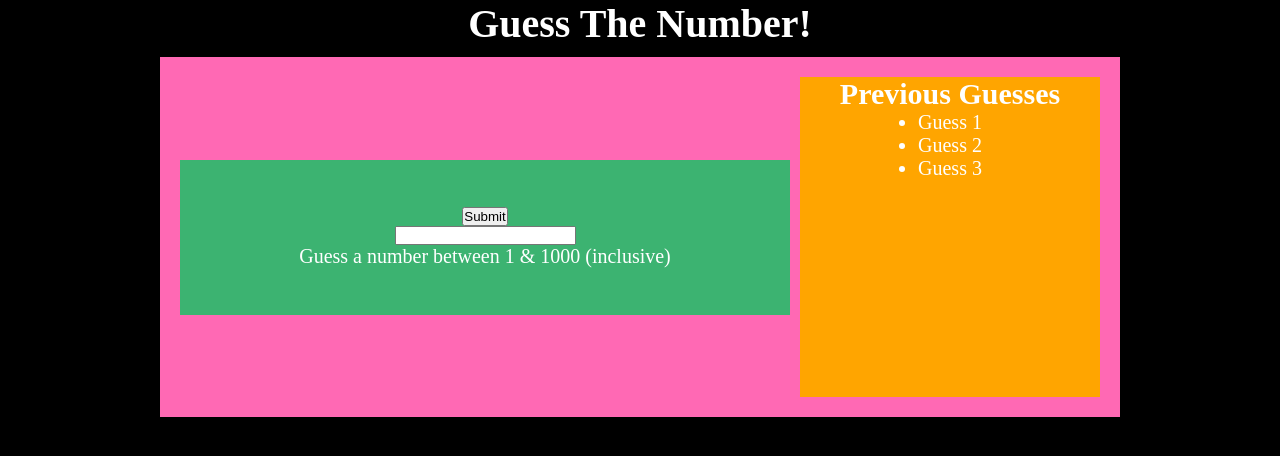
Repository: mlmEFSC21/P14-Guessing-Game
Page: guess.html
These files come from the project's save history. The page is drawn as it stood at one moment and after the next save; the edit follows.
The browser window is 1280 px wide. The pictures show the whole page.

Above is the page before, as saved 2022-03-17 13:04:29.

### guess.html
<!DOCTYPE html>
<html lang="en">
    <head>
        <meta charset="UTF-8" />
        <meta http-equiv="X-UA-Compatible" content="IE=edge" />
        <meta name="viewport" content="width=device-width, initial-scale=1.0" />
        <link rel="stylesheet" href="guess.css" />
        <script src="guess.js" defer></script>
        <title>Guessing Game</title>
    </head>
    <body>
        <header>
            <h1 class="pageTitle">Guess The Number!</h1>
        </header>
        <section>
            <div class="gameContainer" id="container">
                <div class="results" id="results">
                    <label for="guessInput">Guess a number between 1 & 1000 (inclusive)</label>
                    <input type="text" name="guessInput" id="guessInput" />
                    <input type="button" id="submitBtn" value="Submit" />
                </div>
                <div class="trackGuesses" id="guessContainer">
                    <h2>Previous Guesses</h2>
                    <ul class="guesses" id="guessList">
                        <li>Guess 1</li>
                        <li>Guess 2</li>
                        <li>Guess 3</li>
                    </ul>
                </div>
            </div>
        </section>
    </body>
</html>

### guess.css
*,
*::after,
*::before {
    box-sizing: border-box;
    margin: 0;
    padding: 0;
}
body {
    background-color: black;
    color: white;
    font-size: 1.25rem;
}
.pageTitle {
    text-align: center;
}
.gameContainer {
    background-color: hotpink;
    display: grid;
    max-width: 960px;
    height: 50vh;
    margin: 10px auto;
    padding: 20px;
    grid-template-columns: repeat(3, 1fr);
    grid-template-rows: repeat(4, 1fr);
    grid-auto-rows: minmax(200px, auto);
    gap: 10px;
    align-items: start;
    justify-content: center;
}
.results {
    background-color: mediumseagreen;
    display: flex;
    flex-direction: column-reverse;
    grid-column: 1/3;
    grid-row: 2 / 4;
    height: 100%;
    justify-content: center;
    align-items: center;
}
.trackGuesses {
    background-color: orange;
    display: flex;
    flex-direction: column;
    height: 100%;
    grid-row: 1 / 5;
    align-items: center;
}

### guess.js
let randomNumber = Math.floor(Math.random() * 10 + 1);
let guesses = [];
const guessInput = document.getElementById("guessInput");
const resultsDiv = document.getElementById("results");
const submitButton = document.getElementById("submitBtn");
const p = document.createElement("p");

function checkGuess() {
    const currentGuess = Number(guessInput.value);
    if (currentGuess == randomNumber) {
        p.innerText = "Congratulations! You guessed the number!";
        resultsDiv.append(p);
    }
    if (currentGuess < randomNumber) {
        guesses.push(currentGuess);
        p.innerText = "Too low. Try again!";
        resultsDiv.append(p);
    }
    if (currentGuess > randomNumber) {
        guesses.push(currentGuess);
        p.innerText = "Too high. Try again!";
        resultsDiv.append(p);
    }
}

submitButton.addEventListener("click", checkGuess);
//logging random number for debugging. DELETE LATER
console.log(randomNumber);
console.log(guesses);
// console.log(currentGuess);

After the next save:
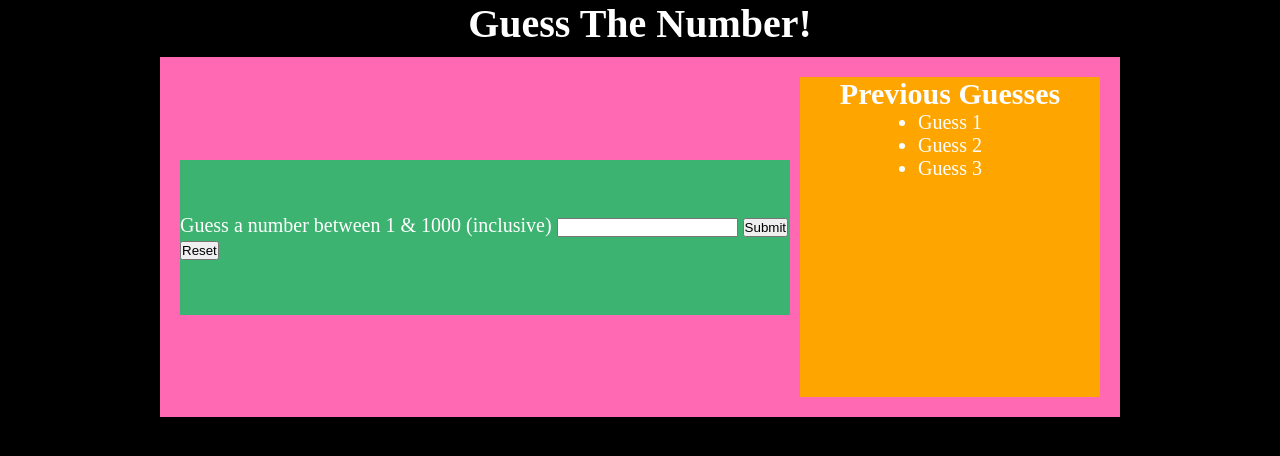
Saved 98 s later.
--- a/guess.html
+++ b/guess.html
@@ -15,9 +15,12 @@
         <section>
             <div class="gameContainer" id="container">
                 <div class="results" id="results">
-                    <label for="guessInput">Guess a number between 1 & 1000 (inclusive)</label>
-                    <input type="text" name="guessInput" id="guessInput" />
-                    <input type="button" id="submitBtn" value="Submit" />
+                    <form action="#">
+                        <label for="guessInput">Guess a number between 1 & 1000 (inclusive)</label>
+                        <input type="text" name="guessInput" id="guessInput" />
+                        <input type="button" id="submitBtn" value="Submit" />
+                        <input type="button" id="resetBtn" value="Reset" />
+                    </form>
                 </div>
                 <div class="trackGuesses" id="guessContainer">
                     <h2>Previous Guesses</h2>
